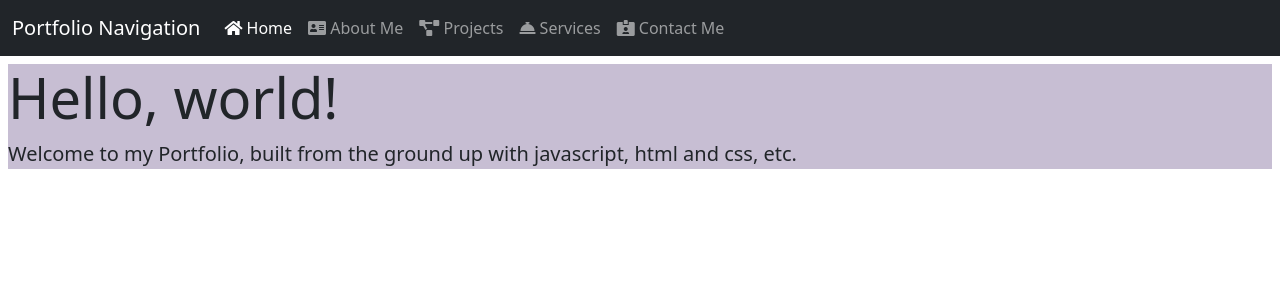
Repository: GarlicButterBoy/Portfolio
Page: index.html
An editor plug-in stored every save of this project. The page is shown before and after a run of saves, followed by the edit.
The browser window is 1280 px wide. The page is 1284 px wide, so the pictures cover 1284 px, including what lies to the right of the window. The pictures show the whole page.

Above is the page before, as saved 2021-05-31 11:50:10.

### index.html
<!DOCTYPE html>
<html lang="en">
<head>
    <meta charset="UTF-8">
    <meta http-equiv="X-UA-Compatible" content="IE=edge">
    <meta name="viewport" content="width=device-width, initial-scale=1.0">
    <title>Nick Sturch-Flint Portfolio</title>
    <link rel="stylesheet" href="./node_modules/bootstrap/dist/css/bootstrap.min.css">
    <link rel="stylesheet" href="./node_modules/@fortawesome/fontawesome-free/css/all.min.css">
    <link rel="stylesheet" href="./Content/app.css">
</head>
<body>
  <!-- Main Navigation -->
    <nav class="navbar navbar-expand-lg navbar-dark bg-dark">
        <div class="container-fluid">
          <a class="navbar-brand" href="#">Portfolio Navigation</a>
          <button class="navbar-toggler" type="button" data-bs-toggle="collapse" data-bs-target="#navbarNavAltMarkup" aria-controls="navbarNavAltMarkup" aria-expanded="false" aria-label="Toggle navigation">
            <span class="navbar-toggler-icon"></span>
          </button>
          <div class="collapse navbar-collapse" id="navbarNavAltMarkup">
            <div class="navbar-nav mr-auto">
              <a class="nav-link active" aria-current="page" href="#"><i class="fas fa-home"></i> Home</a>
              <a class="nav-link" href="#"><i class="fas fa-address-card"></i> About Me</a>
              <a class="nav-link" href="#"><i class="fas fa-project-diagram"></i> Projects</a>
              <a class="nav-link" href="#"><i class="fas fa-concierge-bell"></i> Services</a>
              <a class="nav-link" href="#"><i class="fas fa-id-card-alt"></i> Contact Me</a>
            </div>
          </div>
        </div>
      </nav>
      <!-- End of Main Navigation -->

      <div class="containrer p-2">
        <div class="row">
          <div class="col">
            <main class="jumbotron">
              <h1 class="display-4">Hello, world!</h1>
              <p class="lead">Welcome to my Portfolio, built from the ground up with javascript, html and css, etc.</p>
            </main>
          </div>
        </div>
      </div>


      <!-- Third Party Libraries -->
      <script src="./node_modules/jquery/dist/jquery.min.js"></script>
      <script src="./node_modules/bootstrap/dist/js/bootstrap.min.js"></script>
    <script src="./Scripts/app.js"></script>
</body>
</html>

### Content/app.css
.jumbotron {
    background-color: #c7bed3;
  }

### Scripts/app.js
//IIFE - Immediately Invoked Function Expression
// OR - Anonymous Self Executing Function
(function()
{
    function Start()
    {
        console.log("App Started");
    }

    window.addEventListener("load", Start);
})();

Loaded but not shown: node_modules/bootstrap/dist/css/bootstrap.min.css (library); node_modules/@fortawesome/fontawesome-free/css/all.min.css (library); node_modules/jquery/dist/jquery.min.js (library); node_modules/bootstrap/dist/js/bootstrap.min.js (library)

After the next 3 saves:
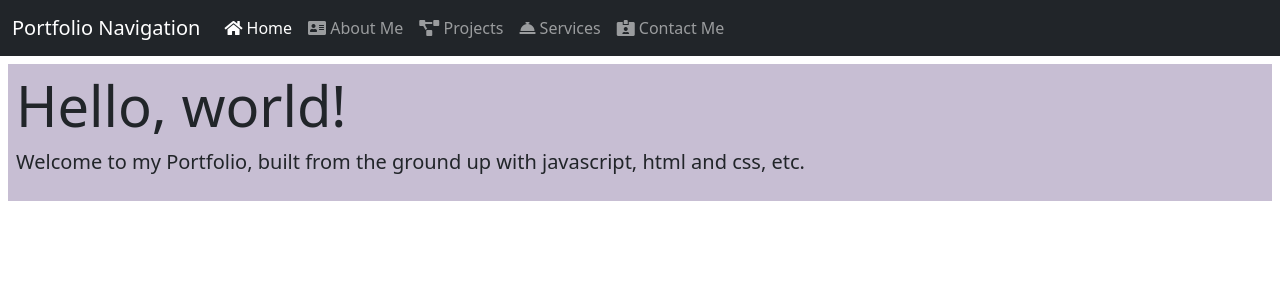
The 3 saves are shown as one change because they came seconds apart.
The last was saved 17 s later.
--- a/index.html
+++ b/index.html
@@ -33,7 +33,7 @@
       <div class="containrer p-2">
         <div class="row">
           <div class="col">
-            <main class="jumbotron">
+            <main class="jumbotron p-2">
               <h1 class="display-4">Hello, world!</h1>
               <p class="lead">Welcome to my Portfolio, built from the ground up with javascript, html and css, etc.</p>
             </main>
